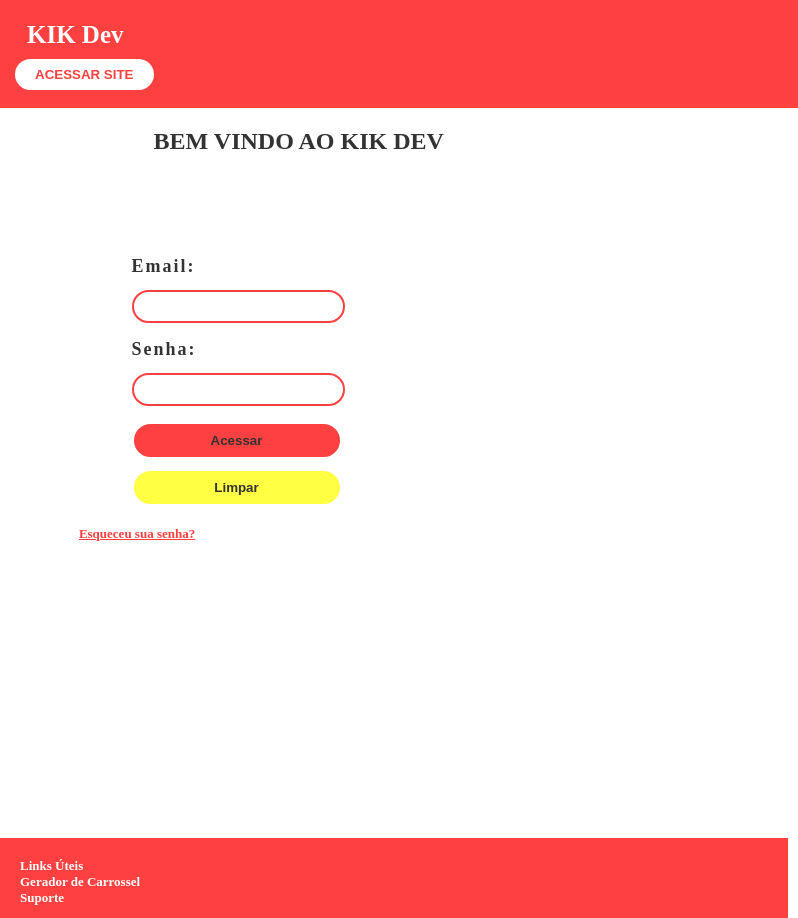
Repository: devgabrielvieira/kikdev
Page: index.html
An editor plug-in stored every save of this project. The page is shown before and after the next save, followed by the edit.
The browser window is 768 px wide. The page is 798 px wide, so the pictures cover 798 px, including what lies to the right of the window. The pictures show the whole page.

Above is the page before, as saved 2022-10-30 18:44:47.

After the next save:
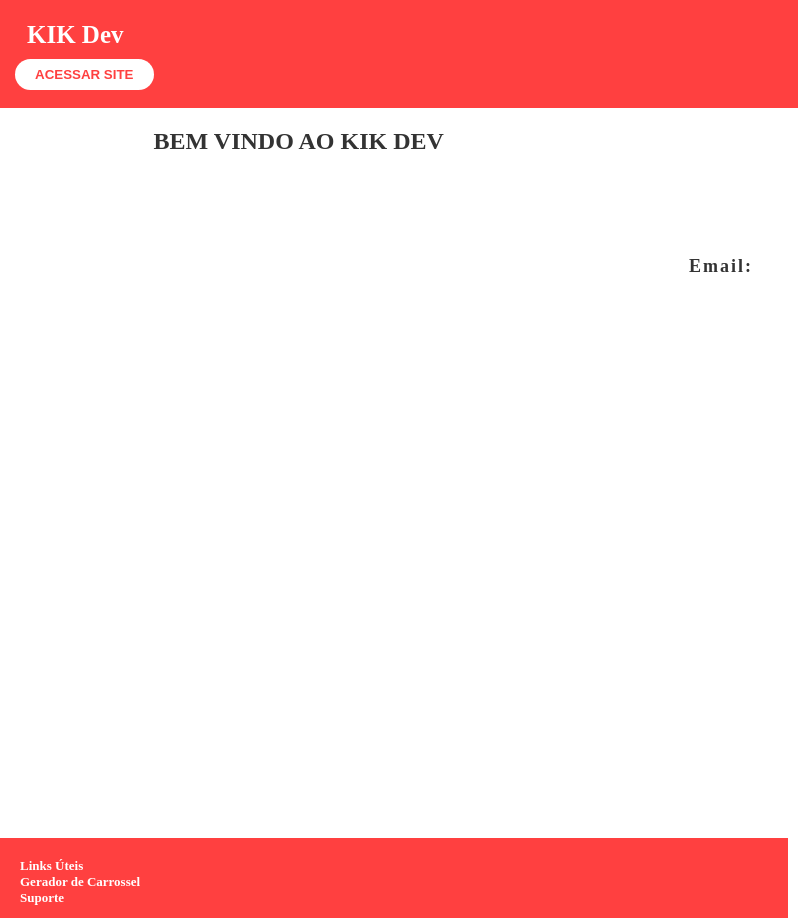
Saved 6 s later.
--- a/style-mobile.css
+++ b/style-mobile.css
@@ -62,7 +62,7 @@
 
     .login {
         width: -100%;
-        display: inline-block;
+        display: inline-flex;
         height: 20.5rem;
     }
 

After the 2 saves that followed:
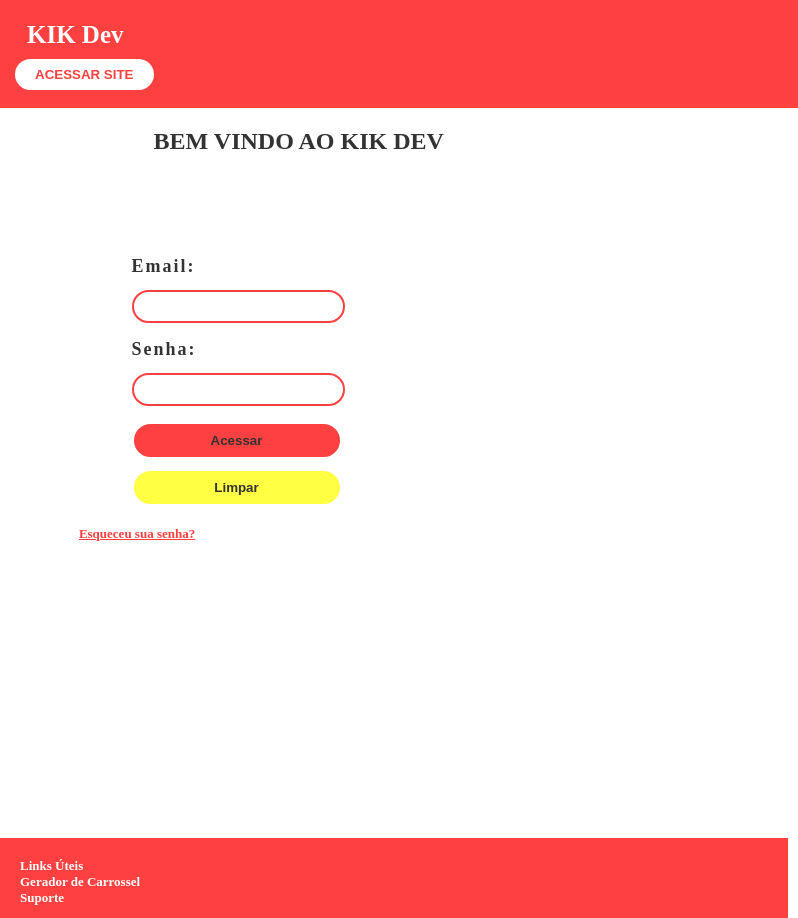
The 2 saves are shown as one change because they came seconds apart.
The last was saved 6 s later.
--- a/style-mobile.css
+++ b/style-mobile.css
@@ -62,7 +62,7 @@
 
     .login {
         width: -100%;
-        display: inline-flex;
+        display: inline-block;
         height: 20.5rem;
     }
 
